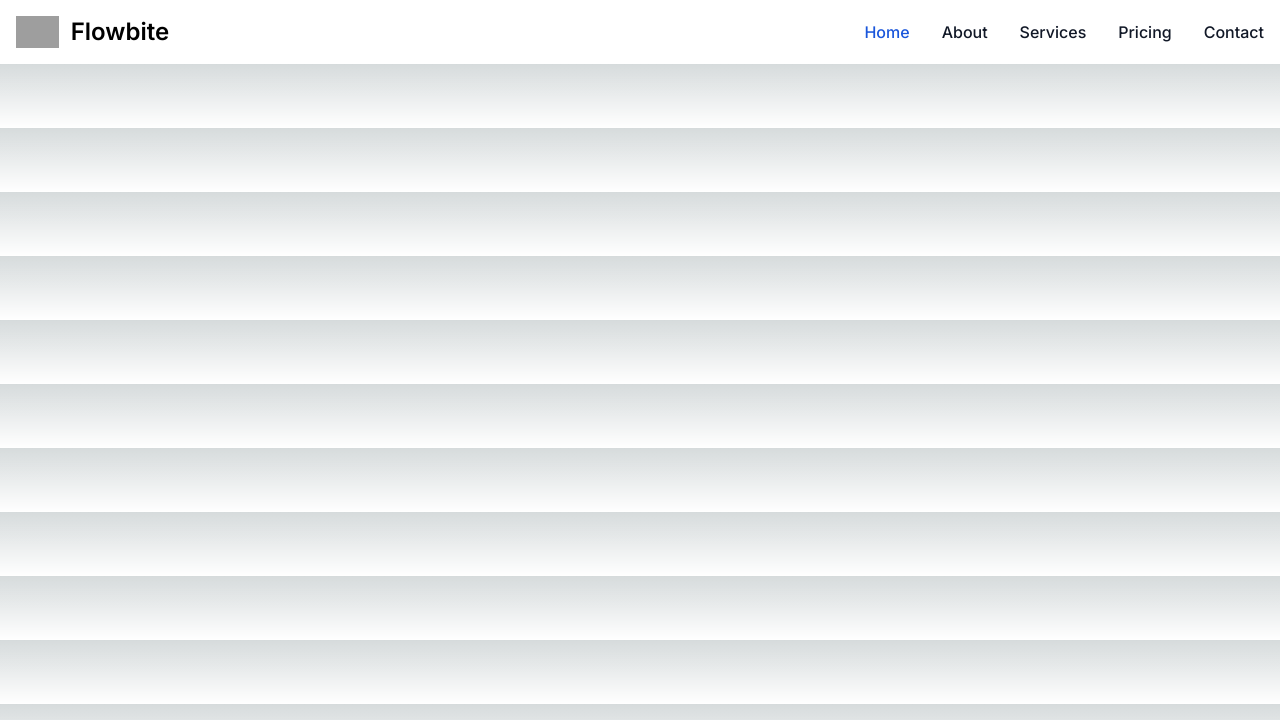
Repository: chapeee/Next-PortFolio-Site-Example-myselfraj-
Page: /
The author's editor kept a copy of each file at every save. The page is drawn from the files as they stood at one save, then again after the next save.
The browser window is 1280 px wide. The pictures show the whole page.
Pictures or frames that could not be fetched are drawn as grey boxes. The project was rebuilt for these pictures with package versions that can differ from the ones it lists, and the page was loaded fresh each time. The framework's server and built-in components were replaced by stand-ins that run in the browser. Also part of the build but not shown: next.config.mjs.

Above is the page before, as saved 2024-02-03 11:01:23.

After the next save:
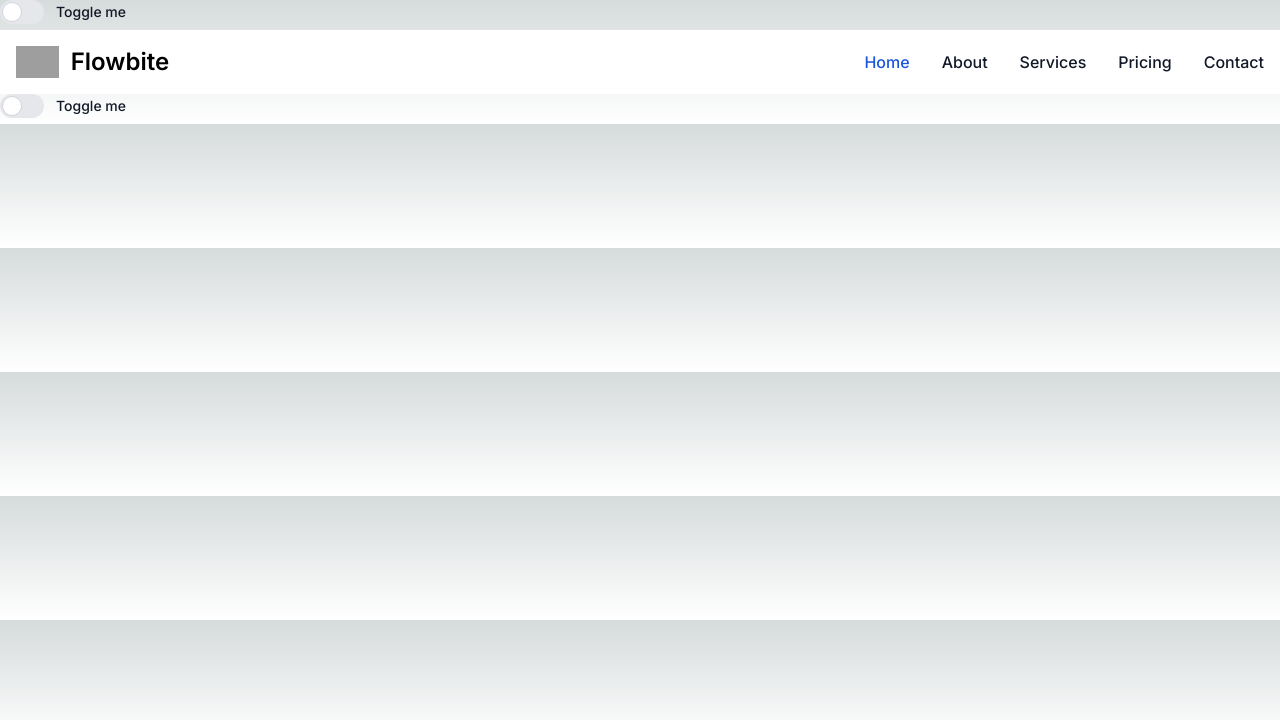
Saved 3 s later.
--- a/src/app/page.tsx
+++ b/src/app/page.tsx
@@ -3,7 +3,11 @@ import Image from "next/image";
 export default function Home() {
   return (
     <main className="">
-
+    <label className="relative inline-flex items-center cursor-pointer">
+  <input type="checkbox" value="" className="sr-only peer" />
+  <div className="w-11 h-6 bg-gray-200 peer-focus:outline-none peer-focus:ring-4 peer-focus:ring-blue-300 dark:peer-focus:ring-blue-800 rounded-full peer dark:bg-gray-700 peer-checked:after:translate-x-full rtl:peer-checked:after:-translate-x-full peer-checked:after:border-white after:content-[''] after:absolute after:top-[2px] after:start-[2px] after:bg-white after:border-gray-300 after:border after:rounded-full after:h-5 after:w-5 after:transition-all dark:border-gray-600 peer-checked:bg-blue-600"></div>
+  <span className="ms-3 text-sm font-medium text-gray-900 dark:text-gray-300">Toggle me</span>
+</label>
     </main>
   );
 }
